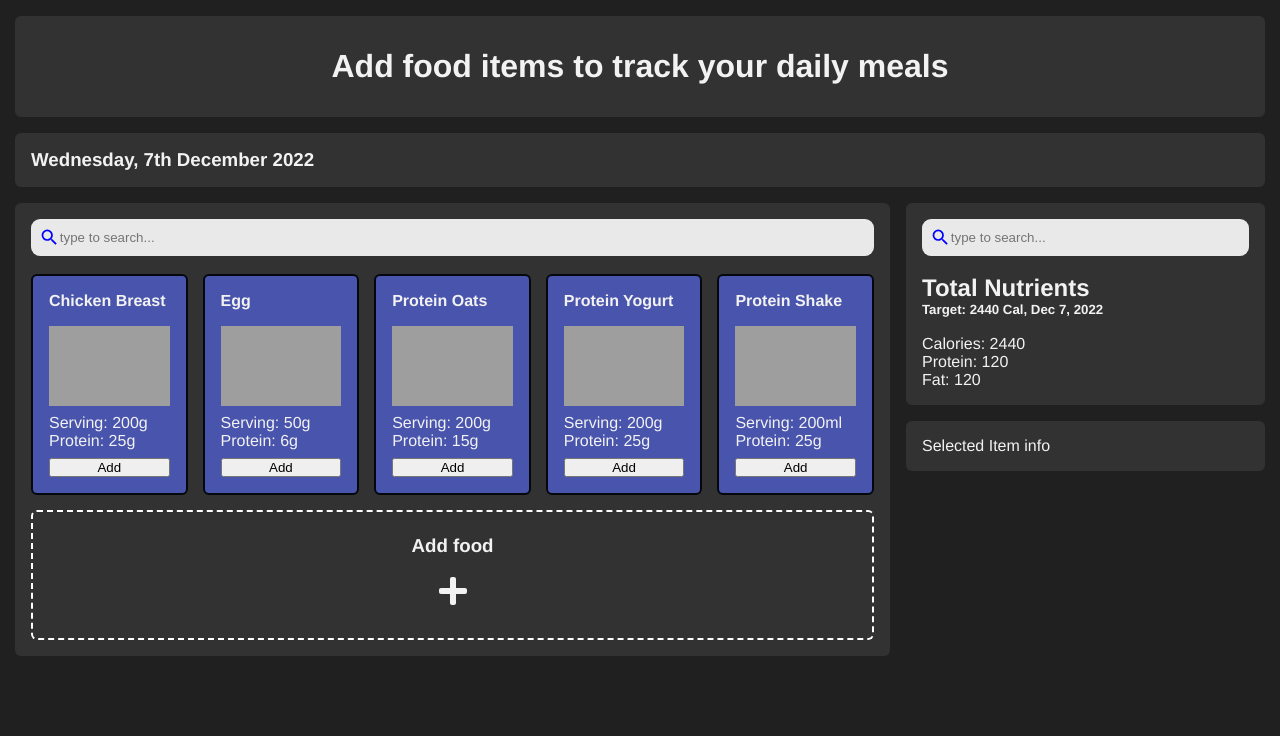
Repository: CEEPREL/NutritionTracker
Page: /
An editor plug-in stored every save of this project. The page is shown before and after a run of saves, followed by the edit.
The browser window is 1280 px wide. The pictures show the whole page.
Pictures or frames that could not be fetched are drawn as grey boxes. The project was rebuilt for these pictures with package versions that can differ from the ones it lists, and the page was loaded fresh each time. Also part of the build but not shown: vite.config.js.

Above is the page before, as saved 2022-12-08 21:59:13.

After the next 2 saves:
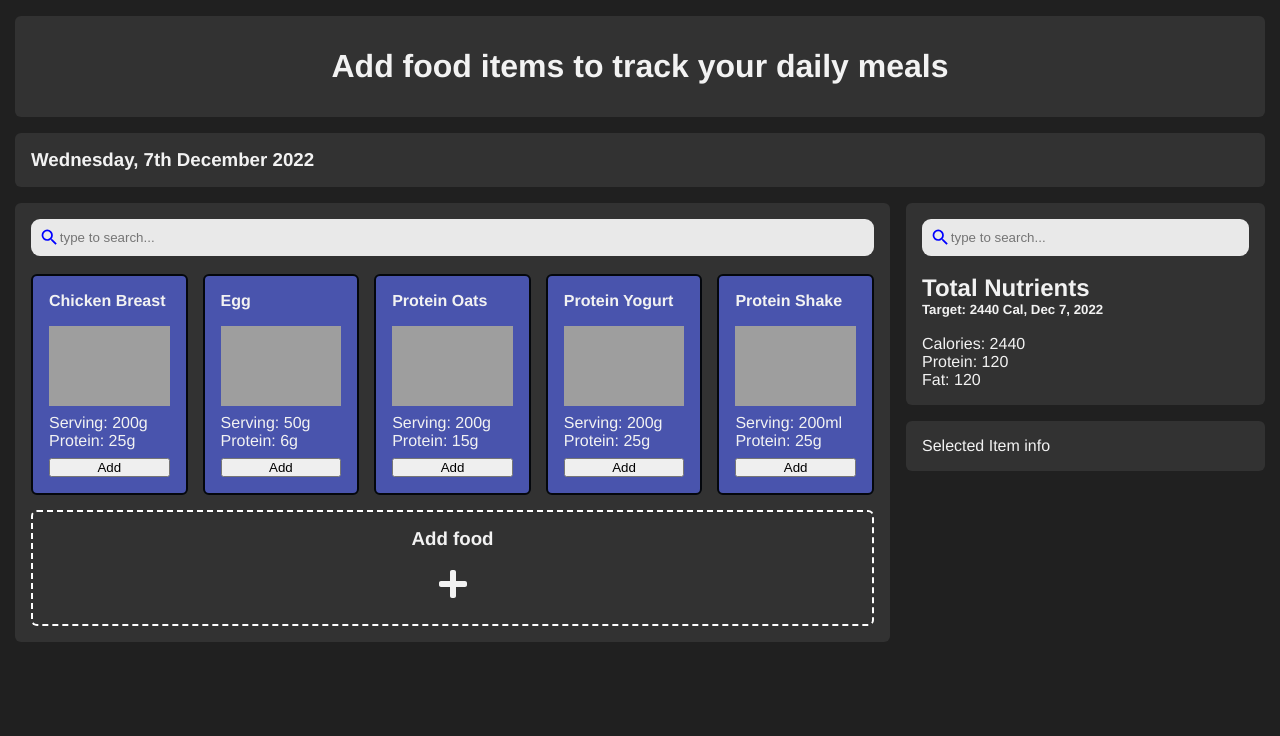
The 2 saves are shown as one change because they came seconds apart.
The last was saved 7 s later.
--- a/src/App.css
+++ b/src/App.css
@@ -97,7 +97,7 @@ body {
   padding-bottom: 0.5rem;
 }
 .new-card{
-  min-height:130px;
+  min-height:110px;
   min-width:  16rem;
   border-radius: 6px;
   border: 2px dashed rgb(255, 255, 255);
